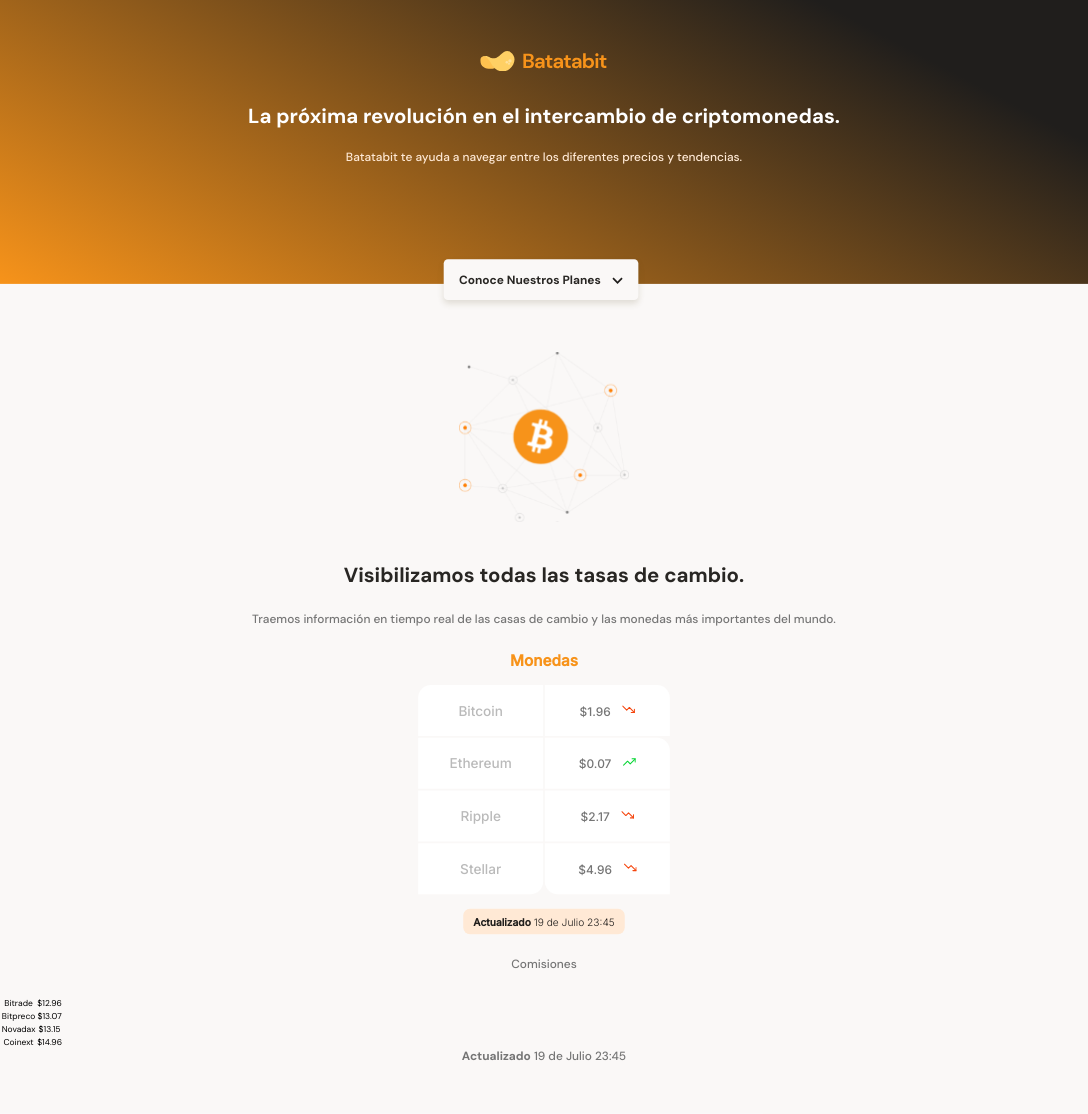
Repository: ChristianGecchelin/spa-full-css-html
Page: index.html
The author's editor kept a copy of each file at every save. The page is drawn from the files as they stood at one save, then again after the next save.
The browser window is 1280 px wide. The pictures show the whole page, at 85% of full size.

Above is the page before, as saved 2021-11-29 18:27:34.

After the next save:
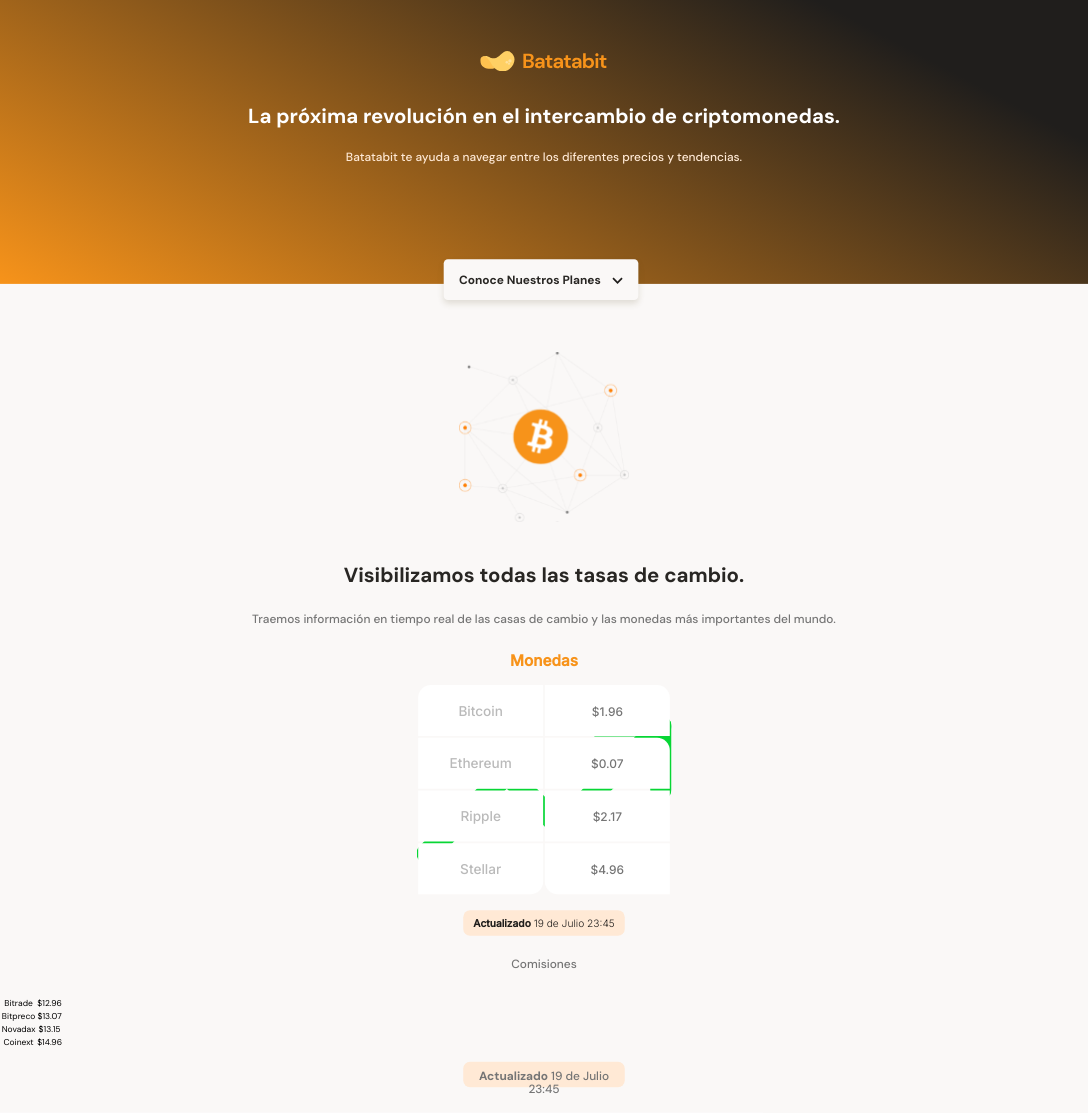
Saved 57 s later.
--- a/styles/styles.css
+++ b/styles/styles.css
@@ -194,7 +194,8 @@
   line-height: 1.7rem;
   color: #757575;
 }
-.currency-table--container .down {
+.currency-table--container,
+.main-comissions-table .down {
   display: inline-block;
   width: 15px;
   height: 15px;
@@ -204,7 +205,8 @@
   background-position: center;
   background-repeat: no-repeat;
 }
-.currency-table--container .up {
+.currency-table--container,
+.main-comissions-table .up {
   display: inline-block;
   width: 15px;
   height: 15px;
@@ -214,7 +216,8 @@
   background-position: center;
   background-repeat: no-repeat;
 }
-.currency-table--date {
+.currency-table--date,
+.comissions-table--date {
   width: 190px;
   height: 30px;
   margin: 0 auto;
